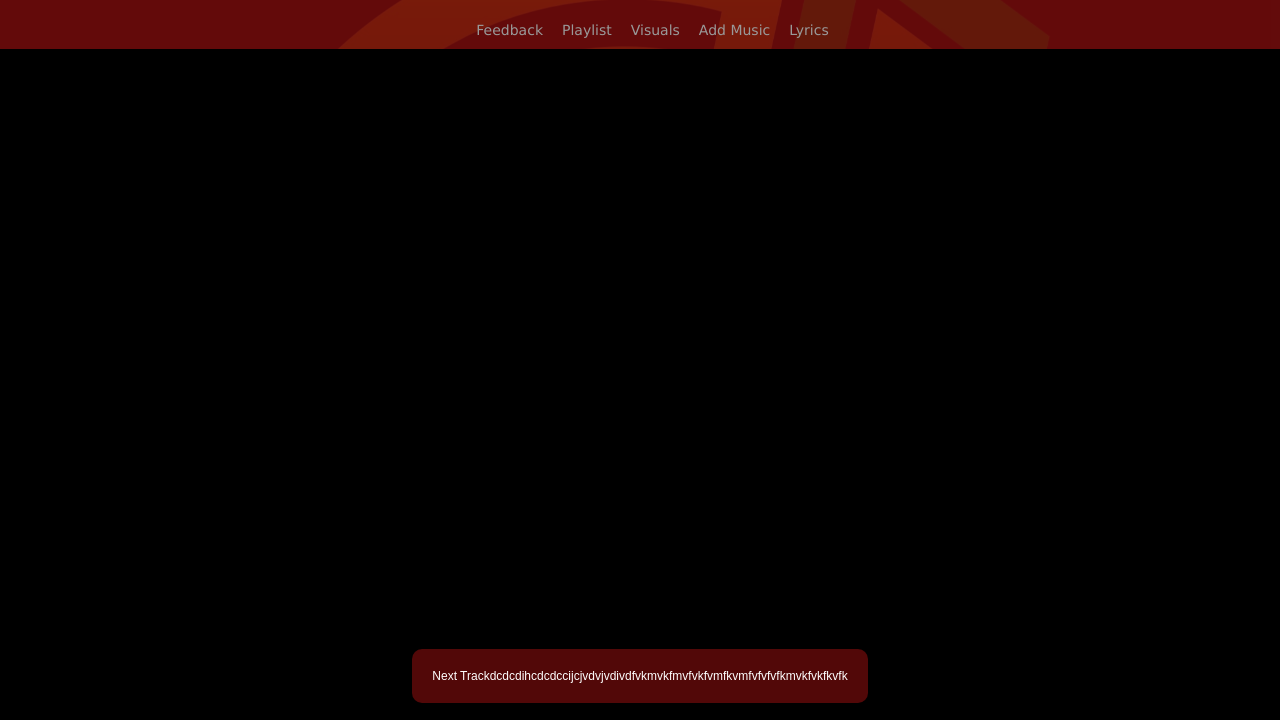
Repository: Mugamba669/JS-MusicFx
Page: Eq.html
These files come from the project's save history. The page is drawn as it stood at one moment and after the next save; the edit follows.
The browser window is 1280 px wide. The pictures show the whole page.
Some icons come from a web library that is not loaded, so they are not drawn.

Above is the page before, as saved 2021-07-27 04:32:14.

### Eq.html
<!DOCTYPE html>
<html lang="en">

<head>
    <meta charset="utf-8">
    <!-- <title>AudioDroid-WebVersion</title> -->
    <meta name="viewport" content="width=device-width, initial-scale=1, minimum-scale=1, maximum-scale=1">

    <!-- Demo styles -->
    <link rel="stylesheet" href='./tools/swiper-bundle.min.css'>
    <link rel="stylesheet" type="text/css" href="./tools/font-awesome-4.3.0/css/font-awesome.css"></link>
    <link rel="stylesheet" type="text/css" href="./tools/Eq.css"></link>
</head>

<body>
    <!-- Swiper -->
    <div class="pop-container">
        <div class="pop-content">
            <p>Do you want to restore your current settings?</p>
            <button id="done">OK</button>
            <button id="cancel">Cancel</button>
        </div>
    </div>

    <div class="t-container">
        <div class="t-content">
            <p>Do you want to restore your current settings?</p>
            <button id="t-done">OK</button>
            <button id="t-cancel">Cancel</button>
        </div>
    </div>

    <div class="r-container">
        <div class="r-content">
            <p>Do you want to restore your current settings?</p>
            <button id="r-done">OK</button>
            <button id="r-cancel">Cancel</button>
        </div>
    </div>
<!-- lyrics -->
<div class="lyrics-container">
    <div class="lyrics-wrapper">
        <p class="lyrics">No lyrics found</p>
    </div>
</div>
<!-- playlist -->
    <div class="w3-modal w3-container plist">
        <div class="w3-modal-content list">
                <p>Tracks ( <b class="total">0</b> )<label class="w3-indigo btn-playlist" for="tracks">Open Folder</label></p>
                <button class="fab-btn fa fa-arrow-right"></button>
                <!-- loader -->
                <div class="loader-container">
                    <!-- loader body -->
                    <div class="loader-body">
                        <!-- text-wrapper -->
                        <div class="text-wrapper">
                            <p class="text-l"><span class="text-output">0</span>&nbsp;&nbsp;%</p>
                        </div>
                        <!-- loader-widget -->
                        <div class="loader-wrapper">
                            <span class="progress-loader"></span>
                        </div>
                           <!-- animate backgro
                    <div class="loader-animate"></div> -->
                    </div>
                    <div class="success-container">
                        <p>Loaded <b class="msg"></b></p>
                    </div>
                </div>
        </div>

    </div>
    <input type="file" style="display: none;" accept='audio/*' webkitdirectory id='tracks'/>
    <!-- deprected -->
    <div id="mono-error" class="w3-animate-zoom w3-modal">
        <div class="w3-modal-content w3-khaki">
            <h3>This feature is <b class="w3-text-red">Depreacted</b> in ths version but will be supported in later version.</h3>
        </div>
    </div>
    <!-- bottom sheet -->
    <div class="bottom-container">
        <div class="bottom-sheet">
            <p class="next-track">Next Trackdcdcdihcdcdccijcjvdvjvdivdfvkmvkfmvfvkfvmfkvmfvfvfvfkmvkfvkfkvfk</p>
        </div>
    </div>
    <!-- Changelog -->
    <div id="changelog" class="w3-modal">
        <div id="change-cont" style="overflow: auto;" class="w3-modal-content">
            <dl class="w3-text-green">Quick Guide</dl>
            <dt>
            <p><dd><li>To use this app click on <b>"Add music"</b>  button at the and select your favourite song to see how it works</li></dd></p>
            <p><dd><li>Swipe on the screen <b class="w3-tag w3-round"><<< [left]</b>&nbsp;&nbsp;and&nbsp;&nbsp;<b class="w3-tag w3-round">[right]>>></b> to navigate more features.</li></dd></p>
            <p><dd class=""><li>Added <b class="w3-tag w3-round">Playlist button</b> where you can import a folder containing your music files.<label class="w3-tag w3-khaki w3-round">!!! This feature is only for desktop users</label></label> </li></dd></p>
            <p><dd><li>And please kindly provide your feedback about your experience.</li></dd></p>
          </dt>
            <dl>
                <!-- <dt class="w3-tag w3-black">Changelog</dt><br> -->
                <!-- <dd> <span class="w3-tag w3-red">New*</span>&nbsp;Auto EQ-Tunner.</dd><br> -->
                <dd class="w3-text-white"><span class="w3-tag w3-red">New*</span>&nbsp;Additional tune in the equalizer <b class="w3-tag black w3-round">Dance-Hall</b></dd>
            </dl>
            <div class="fab">
                <button class="btn-fab fa fa-check" id="close-log"></button>
            </div>
        </div>
    </div>
    <!-- pop up for visualizers-->
    <div class="box w3-modal w3-animate-top">
        <div class="body w3-modal-content ">
            <p class="w3-hover-light-blue"> Visual dancing bars</p>
            <p class="w3-hover-light-blue"> Visual spectrum bars</p>
            <p class="w3-hover-light-blue"> Visual double dancing bars</p>
            <p class="w3-hover-light-blue"> Visual spiral center bars</p>
            <p class="w3-hover-light-blue">No visual Display</p>
        </div>
    </div>
<canvas id="image-color" style="display: none;"></canvas>
    <div class="swiper-container">
        <div class="visualizers">
             <!-- double visualizer -->
         <div class="double-visual">
            <canvas class="db" id="up-bars-visual"></canvas>
            <canvas class="db" id="dw-bars-visual"></canvas>
        </div>
        <!-- -------- -->

        <div class="norm-visual">
            <!-- bars visualizer -->
            <canvas class="bv" id="bars-visual"></canvas>
            <!-- spectrum visualizer -->
            <canvas class="sv" id="spec-visual"></canvas>
        </div>


                        <!-- spiral visualizer -->
                        <div class="spiral">
                            <div class="row1">
                                <canvas class="sp1"></canvas>
                                <canvas class="sp1"></canvas>
                            </div>
                            <div class="row2">
                                <canvas class="sp1"></canvas>
                                <canvas class="sp1"></canvas>
                            </div>
                        </div>
                        <!----------------------------------->

        </div>

        <div class="swiper-wrapper">
            <div class="swiper-slide">
                <br>
                    <div class="body-content">
                        <input type="file" accept="audio/*" id="demo">
                        <br>
                        <div class="image-container">
                            <img src="" id="trackId" alt="TrackId">
                        </div>
                    <div class="main-body">
                        <div class="btn-container">
                            <button class="repeat-off fa fa-repeat" id="prev"></button>
                            <button class="repeat-on fa fa-repeat" id="prev"></button>
                            <button id="prevTrack" class="fa fa-step-backward"></button>

                            <button id="pause" style="cursor: pointer;" class="fa fa-pause btn-tn"></button>
                            <button id="play" style="cursor: pointer;" class="fa fa-play btn-tn"></button>

                            <button class="fa fa-step-forward" id="nextTrack"></button>
                            <button class="mute-on fa fa-volume-off" id="next"></button>
                            <button class="mute-off fa fa-volume-up" id="next"></button>

                        </div>

                        <div class="slider-container ">
                            <input type="range" class="progress-bar" value="0" max="" min="" id="prog">

                        </div>
                        <br>
                        <div id="update">
                            <span class=" w3-tag time">0:00</span><br><span class="w3-tag time">0:00</span>
                        </div>
                    </div>
                </div>
                        <div class="details">
                                <span id="title" class="title"><b>Title</b></span><br/>
                                <div class="bottom-details">
                                    <span id="artist" class="artist">artist </span>
                                    <span class="separator">|</span>
                                    <span id="album" class="album">album</span>
                                    <span class="separator2">|</span>
                                    <span id="size"class="size">size</span>

                                </div>

                        </div>

                <div class="control">
                    <button id="feedback">Feedback</button>
                    <button id="playlist">Playlist</button>
                    <button id="visual-select">Visuals</button>
                    <button id='add-music'>Add Music</button>
                    <button id='lyrics-btn'>Lyrics</button>
                </div>
            </div>
<!-- Equalizer -->
            <div class="swiper-slide shade200">
                <p>Equalizer</p>
                <hr>
                <br>
                <select id="eqns">
     	 <option selected value="normal">Normal</option>
     	 <option value="bass">Hip Hop</option>
        <option value="rock">Rock</option>
        <option value="rnb">R&B</option>
        <option value="reg">Reggea</option>
        <option value="flat">Flat</option>
        <option value="dance">Dance-Hall</option>
        <option value="heavy">Heavy Metal</option>
     	 <option value="vocal">Vocal Boost</option>
     	 <option value="pop">Pop</option>
      </select>
                <br>
                <div class="auto">
                    <button>Auto-EQ</button>
                </div>
                <!-- stereo -->
                <p class="p-label">Stereo : <span id="st-out">0 dB</span></p>
                <input type="range" value="0" max="5" id="stereo" min="0" step="0.01">
                <!-- mid -->
                <p class="p-label">Mid XT : <span id="tb2">0 dB</span></p>
                <input type="range" value="0" max="3" id="treb-boost" min="0" step="0.01">
                <!-- bass -->
                <p class="p-label">Bass : <span id="bb1">50 dB</span></p>
                <input type="range" value="50" max="120" min="0" step="0.01" id="bass">
                <!-- bass-boast -->
                <p class="p-label">Bass Boost : <span id="bb2">2 dB</span></p>
                <input type="range" value="2" max="4" min="0" step="0.01" id='bass-boost'>
                <br>
                <br>
                <button id="reset" class="eq-reset">Reset</button>
                <br>

                <div class="load-body">
                    <b style="text-align: center;"><U>ATTENTION!!!</U></b><br>
                    <i style="color: white;font:bolder 15px Arial;">* By enabling this feature the player will be in able automatically select a suitable <em>EQ</em> for any track playing</i> <br>
                    <button id="ok">Ok</button>
                    <button id="can">Cancel</button>
                </div>
            </div>


            <div class="swiper-slide shade200">
                <p>Audio Tuning</p>
                <hr>
                <p class="p-label">Volume : <span id="vol">17 %</span></p>
                <input type="range" id="vol-add" value="0.17" max="1" min="0" step="0.01">
                <p class="p-label">Speed Rate : <span id="sp-rate">1.00 xp </span></p>
                <input type="range" id="rate-xp" value="1" max="2" min="0.5" step="0.01">

                <p class="p-label">Balance : <span id="bal">0 dB</span></p>
                <input type="range" value="0" id="balance" max="1" min="-1" step="0.01">

                <p class="p-label">Audio Gain : <span id="audio-b">1.0 dB</span></p>
                <input type="range" value="1" id="audio-boost" max="3" min="1" step="0.01">
                <p class="p-label">Limit : <span id="limit">0 dB</span></p>
                <input type="range" value="0" id="audio-limit" max="0" min="-100" step="0.01">
                <br>
                <br>
                <button style="display:none ;" class="tuning" id="reset">Reset</button>

            </div>



            <div class="swiper-slide shade200">
                <p>Room Effects</p>
                <hr>
                <br>
                <div class="switch">
                    <label class="w3-tag w3-round" style="font-size:14px;" for="switch" id="tx">Off</label>
                    <input type="checkbox" id="switch">
                </div>

                <select id="r-effects" disabled>
     		<option value="">Preset</option>
     		<option value="echo">Echo</option>
     		<option value="auditorium">Auditorium</option>
     		<option value="scene">Scene</option>
     		<option value="smallroom">Small Room</option>
     		<option value="medium">Medium Room</option>
     		<option value="greathall">Great Hall</option>
     		<option value="stadium">Stadium</option>
     </select>
                <br>
                <p class="p-label">Delay 01 : <span id="d1">0 dB</span></p>
                <input type="range" id="d1-v" value="0" max="1.6" min="0" step="0.01" disabled='true'>

                <p class="p-label">Size 01 : <span id="s1">0 dB</span></p>
                <input type="range" id="s1-v" value="0" max="1.5" min="0" step="0.01" disabled>

                <p class="p-label">Delay 02 : <span id="d2">0 dB</span></p>
                <input type="range" id="d2-v" value="0" max="1.6" min="0" step="0.01" disabled>

                <p class="p-label">Size 02 : <span id="s2">0 dB</span></p>
                <input type="range" value="0" id="s2-v" max="1.5" min="0" step="0.01" disabled>
                <br>
                <br>
                <button id="reset" class="room">Reset</button>
            </div>
            <!--div class="swiper-slide"></div-->
        </div>
        <div class="swiper-button-next"></div>
        <div class="swiper-button-prev"></div>
        <div class="swiper-pagination"></div>
    </div>



    <!-- Swiper JS -->
    <script src="./tools/swiper-bundle.min.js"></script>
    <script src="./tools/webkit-input-range-fill-lower.min.js"></script>
    <script src="./tools/jquery-1.9.1.min.js"></script>
    <script src="./tools/jquery-ui.min.js"></script>
    <script src="./tools/id3-minimized.js"></script>
    <script src="./tools/default.js"></script>
    <script type="module"  src="./tools/Eq.js"></script>
    <script>
    </script>
</body>

</html>

Loaded but not shown: tools/swiper-bundle.min.css (library); tools/swiper-bundle.min.js (library); tools/webkit-input-range-fill-lower.min.js (library); tools/jquery-1.9.1.min.js (library); tools/jquery-ui.min.js (library); tools/id3-minimized.js (library); tools/default.js (library); tools/w3.css (library); tools/Equalizer.js (1424 lines, source omitted); tools/Eq.js (174 lines, source omitted); tools/Eq.css (1441 lines, source omitted)

After the next save:
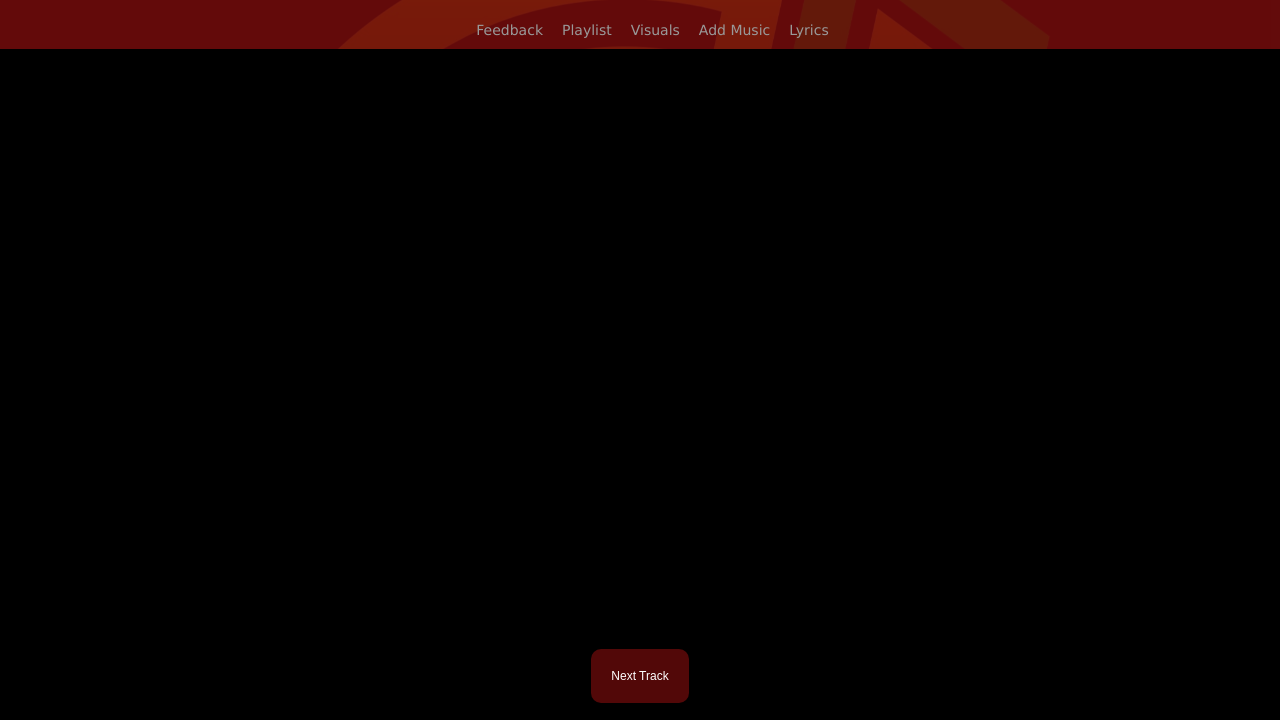
Saved 23 s later.
--- a/Eq.html
+++ b/Eq.html
@@ -80,7 +80,7 @@
     <!-- bottom sheet -->
     <div class="bottom-container">
         <div class="bottom-sheet">
-            <p class="next-track">Next Trackdcdcdihcdcdccijcjvdvjvdivdfvkmvkfmvfvkfvmfkvmfvfvfvfkmvkfvkfkvfk</p>
+            <p class="next-track">Next Track</p>
         </div>
     </div>
     <!-- Changelog -->
